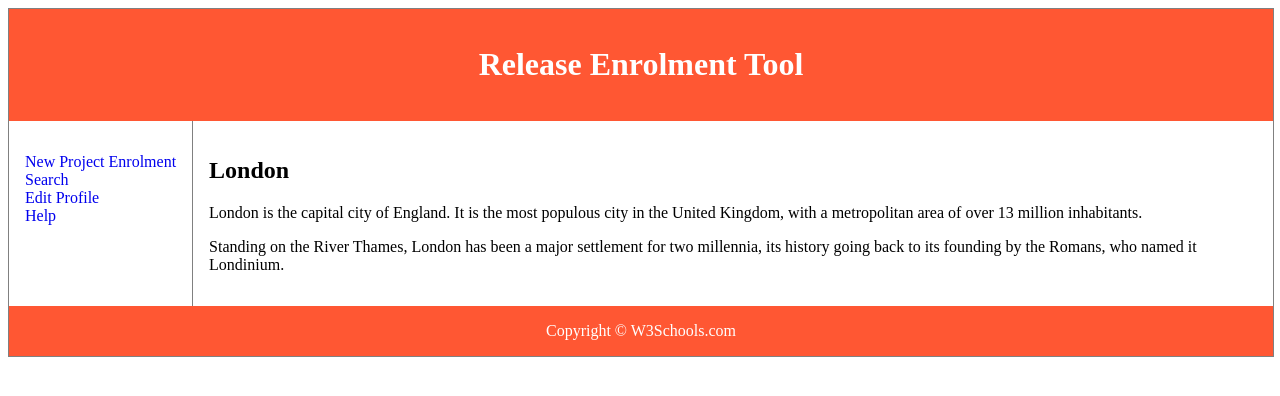
Repository: guribrar/enrolmentapp
Page: http://localhost/enrolmentapp/testlogin.jsp
These files come from the project's save history. The page is drawn as it stood at one moment and after the next save; the edit follows.
The browser window is 1280 px wide. The pictures show the whole page.
The page is served by Tomcat 9. Other server files are loaded and not shown.

Above is the page before, as saved 2016-12-31 14:59:36.

### enrolmentapp/WebContent/testlogin.jsp
<%@ page language="java" contentType="text/html; charset=ISO-8859-1"
    pageEncoding="ISO-8859-1"%>

<%@ taglib uri="http://java.sun.com/jsp/jstl/sql" prefix="sql" %>
<%@ taglib uri="http://java.sun.com/jsp/jstl/core" prefix="c" %>

<!DOCTYPE html>
<html>
<head>
<style>
div.container {
    width: 100%;
    border: 1px solid gray;
}

header, footer {
    padding: 1em;
    color: white;
    background-color: #FF5733;
    clear: left;
    text-align: center;
}

nav {
    float: left;
    max-width: 160px;
    margin: 0;
    padding: 1em;
}

nav ul {
    list-style-type: none;
    padding: 0;
}

nav ul a {
    text-decoration: none;
}

article {
    margin-left: 170px;
    border-left: 1px solid gray;
    padding: 1em;
    overflow: hidden;
}
</style>
</head>
<body>

<div class="container">

<header>
   <h1>Release Enrolment Tool</h1>
</header>

<nav>
  <ul>
    <li><a href="#">New Project Enrolment</a></li>
    <li><a href="#">Search</a></li>
    <li><a href="#">Edit Profile</a></li>
    <li><a href="#">Help</a></li>
  </ul>
</nav>

<article>
  <h1>London</h1>
  <p>London is the capital city of England. It is the most populous city in the  United Kingdom, with a metropolitan area of over 13 million inhabitants.</p>
  <p>Standing on the River Thames, London has been a major settlement for two millennia, its history going back to its founding by the Romans, who named it Londinium.</p>
</article>

<footer>Copyright &copy; W3Schools.com</footer>

</div>

</body>
</html>

After the next save:
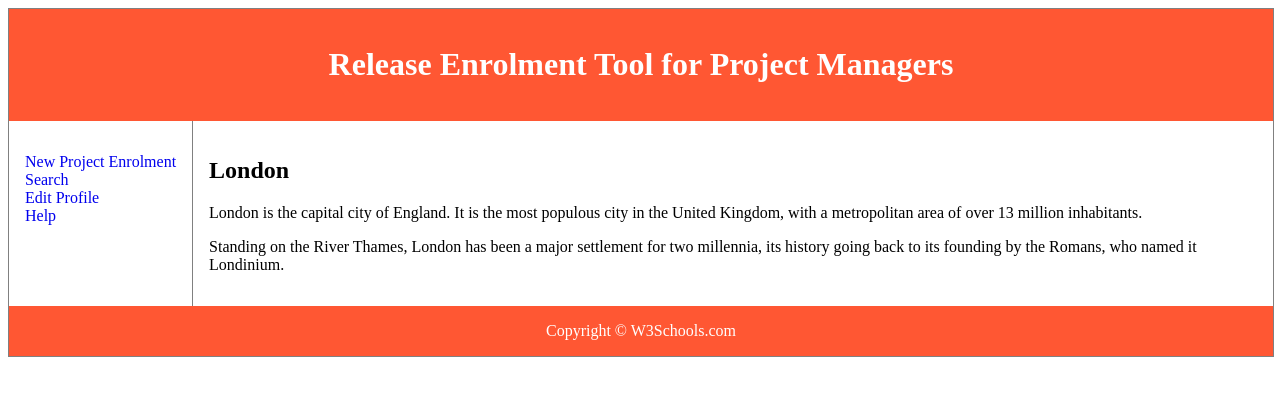
Saved 24 s later.
--- a/enrolmentapp/WebContent/testlogin.jsp
+++ b/enrolmentapp/WebContent/testlogin.jsp
@@ -50,7 +50,7 @@ article {
 <div class="container">
 
 <header>
-   <h1>Release Enrolment Tool</h1>
+   <h1>Release Enrolment Tool for Project Managers</h1>
 </header>
 
 <nav>
